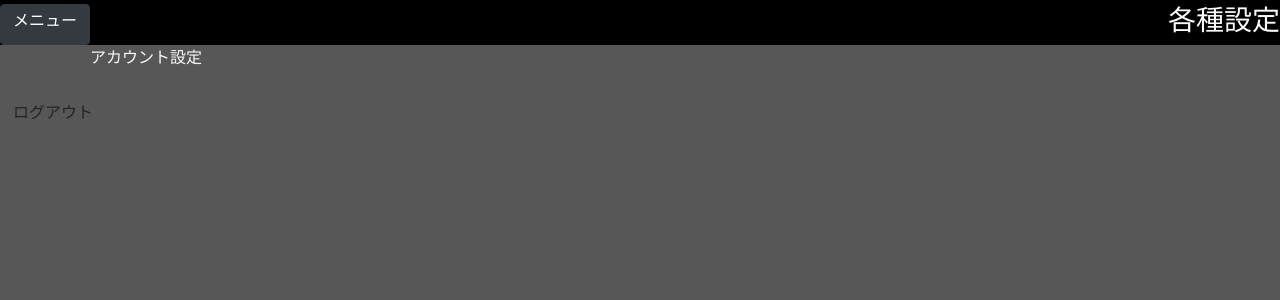
Repository: ShutaKamemura/Portfolio
Page: http://localhost/test/SetServlet
These files come from the project's save history. The page is drawn as it stood at one moment and after the next save; the edit follows.
The browser window is 1280 px wide. The pictures show the whole page.
Some web libraries are served in a nearby version. The page is served by Tomcat 9.

Above is the page before, as saved 2020-06-23 01:40:26.

After the next save:
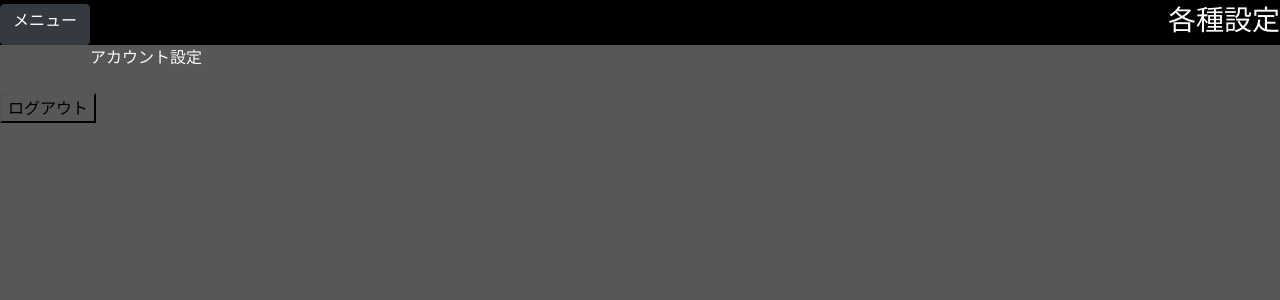
Saved 6 min 22 s later.
--- a/test/WebContent/set.jsp
+++ b/test/WebContent/set.jsp
@@ -53,9 +53,8 @@
 <br>
 <div>
 	<form action="SetServlet" method="post">
-		<button name="btn" value="logout" class="btn">
-		<a>
-		ログアウト</a></button>
+		<button name="btn" value="logout" class="button">
+		ログアウト</button>
 	</form>
 </div>
 </body>
